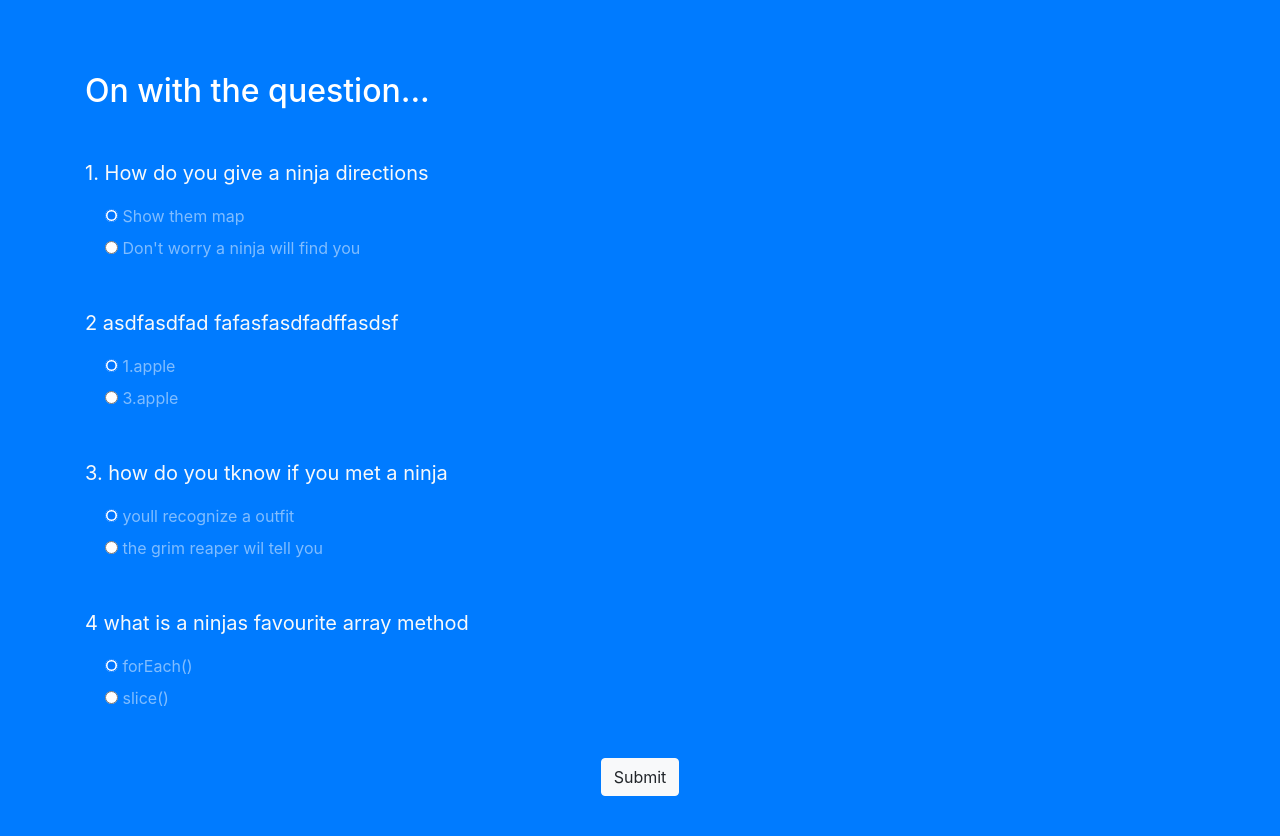
Repository: ajgors/config
Page: Nauka Js/Projekty/Quiz/index.html
These files come from the project's save history. The page is drawn as it stood at one moment and after the next save; the edit follows.
The browser window is 1280 px wide. The pictures show the whole page.

Above is the page before, as saved 2019-08-11 18:07:24.

### Nauka Js/Projekty/Quiz/index.html
<!DOCTYPE html>
<html lang="en">

<head>
    <meta charset="UTF-8">
    <meta name="viewport" content="width=device-width, initial-scale=1.0">
    <meta http-equiv="X-UA-Compatible" content="ie=edge">
    <title>Document</title>
    <link rel="stylesheet" href="https://stackpath.bootstrapcdn.com/bootstrap/4.3.1/css/bootstrap.min.css"
        integrity="sha384-ggOyR0iXCbMQv3Xipma34MD+dH/1fQ784/j6cY/iJTQUOhcWr7x9JvoRxT2MZw1T" crossorigin="anonymous">
</head>

<body>
    <!-- Header -->
    <!-- <div class="intro py-3 bg-white text-center">
        <div class="container">
            <h2 class="text-primary display-3 my-4">Ninja Quiz</h2>
        </div>
    </div> -->



    <!-- Result -->
    <div class="result py-4 d-none bg-light text-center">
        <div class="container lead">
            <p>You are <span class="text-primary display-4 p-3">0%</span>Ninja</p>
        </div>
    </div>

    <!-- Form -->
    <div class="quiz py-4 bg-primary">
        <div class="container">
            <h2 class="my-5 text-white">On with the question...</h2>
            <form action="" class="quiz-form text-light">
                <div class="my-5">
                    <p class="lead font-weight-normal">1. How do you give a ninja directions</p>
                    <div class="form-check my-2 text-white-50">
                        <input type="radio" name='q1' value='A' checked>
                        <label for="" class="form-check-label">Show them map</label>
                    </div>
                    <div class="form-check my-2 text-white-50">
                        <input type="radio" name='q1' value='B'>
                        <label for="" class="form-check-label">Don't worry a ninja will find you</label>
                    </div>
                </div>
                <div class="my-5">
                    <p class="lead font-weight-normal">2 asdfasdfad fafasfasdfadffasdsf</p>
                    <div class="form-check my-2 text-white-50">
                        <input type="radio" name='q2' value='A' checked>
                        <label for="" class="form-check-label">1.apple</label>
                    </div>
                    <div class="form-check my-2 text-white-50">
                        <input type="radio" name='q2' value='B'>
                        <label for="" class="form-check-label">3.apple</label>
                    </div>
                </div>
                <div class="my-5">
                    <p class="lead font-weight-normal">3. how do you tknow if you met a ninja</p>
                    <div class="form-check my-2 text-white-50">
                        <input type="radio" name='q3' value='A' checked>
                        <label for="" class="form-check-label">youll recognize a outfit</label>
                    </div>
                    <div class="form-check my-2 text-white-50">
                        <input type="radio" name='q3' value='B'>
                        <label for="" class="form-check-label">the grim reaper wil tell you</label>
                    </div>
                </div>
                <div class="my-5">
                    <p class="lead font-weight-normal">4 what is a ninjas favourite array method</p>
                    <div class="form-check my-2 text-white-50">
                        <input type="radio" name='q4' value='A' checked>
                        <label for="" class="form-check-label">forEach()</label>
                    </div>
                    <div class="form-check my-2 text-white-50">
                        <input type="radio" name='q4' value='B'>
                        <label for="" class="form-check-label">slice()</label>
                    </div>
                </div>
                <div class="text-center">
                    <input type="submit" class='btn btn-light'>
                </div>
            </form>
        </div>


        <div class="xd">
            <p class="xd"></p>
        </div>
    </div>

    <script src="js.js"></script>
</body>

</html>

### Nauka Js/Projekty/Quiz/js.js




const form = document.querySelector('.quiz-form');
const result = document.querySelector('.result');
const correctAnswers = ['B','B','B','B'];
const spanResult = document.querySelector('span');

form.addEventListener('submit', e=>{
    e.preventDefault();

    //check answer
    let score = 0;
    const userAnswers = [form.q1.value, form.q2.value, form.q3.value, form.q4.value];

    userAnswers.forEach((answer, index) =>{
        if(answer === correctAnswers[index]){
            score += 25;
        }
    });

    scrollTo(0,0)
    result.classList.remove('d-none');
    // spanResult.textContent = `${score}%`

    let output = 0;
    const timer = setInterval(()=>{
        spanResult.textContent = `${output}%`
        if(output === score){
            clearInterval(timer);
        } else {
            output++;
        }
    })


})

After the next save:
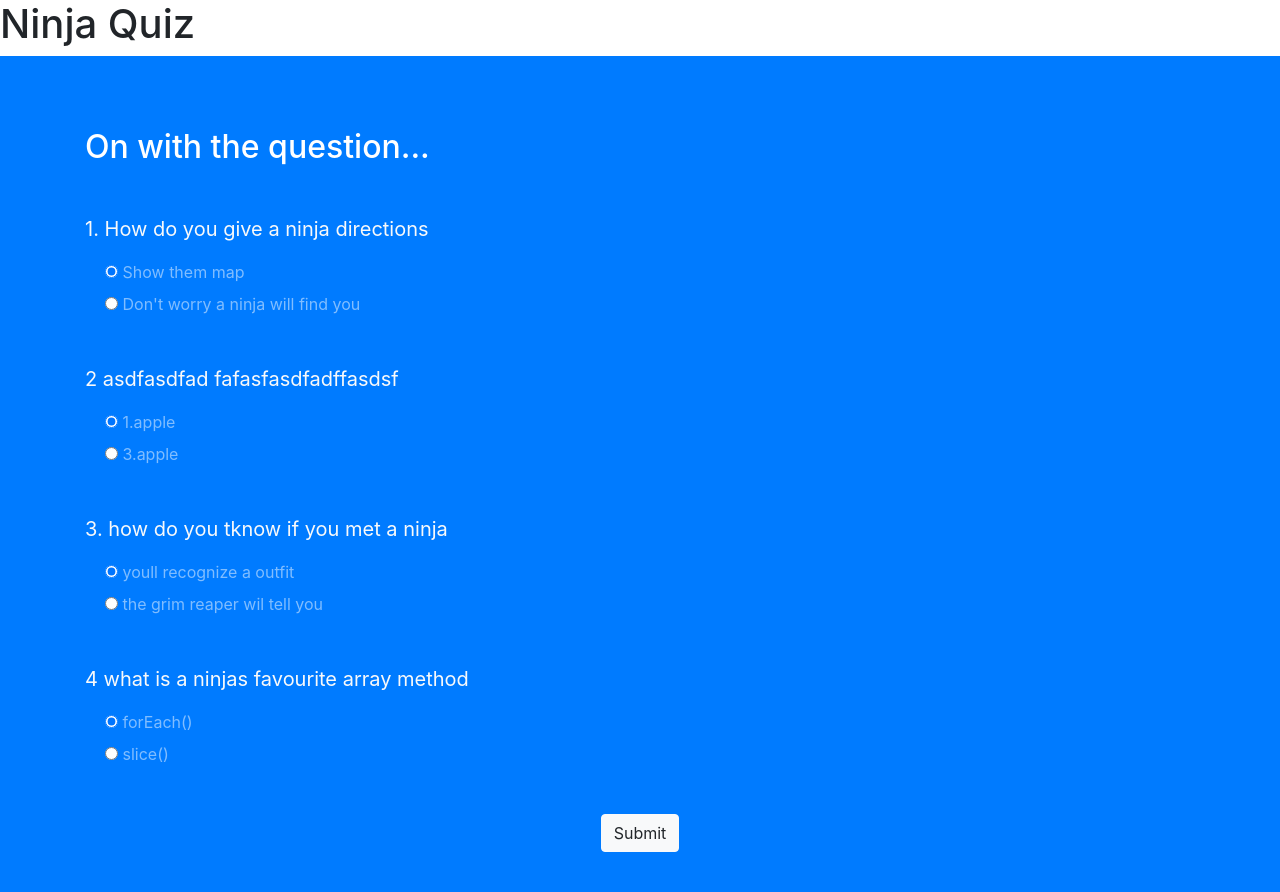
Saved 30 s later.
--- a/Nauka Js/Projekty/Quiz/index.html
+++ b/Nauka Js/Projekty/Quiz/index.html
@@ -18,7 +18,7 @@
         </div>
     </div> -->
 
-
+    <h1>Ninja Quiz</h1>
 
     <!-- Result -->
     <div class="result py-4 d-none bg-light text-center">
